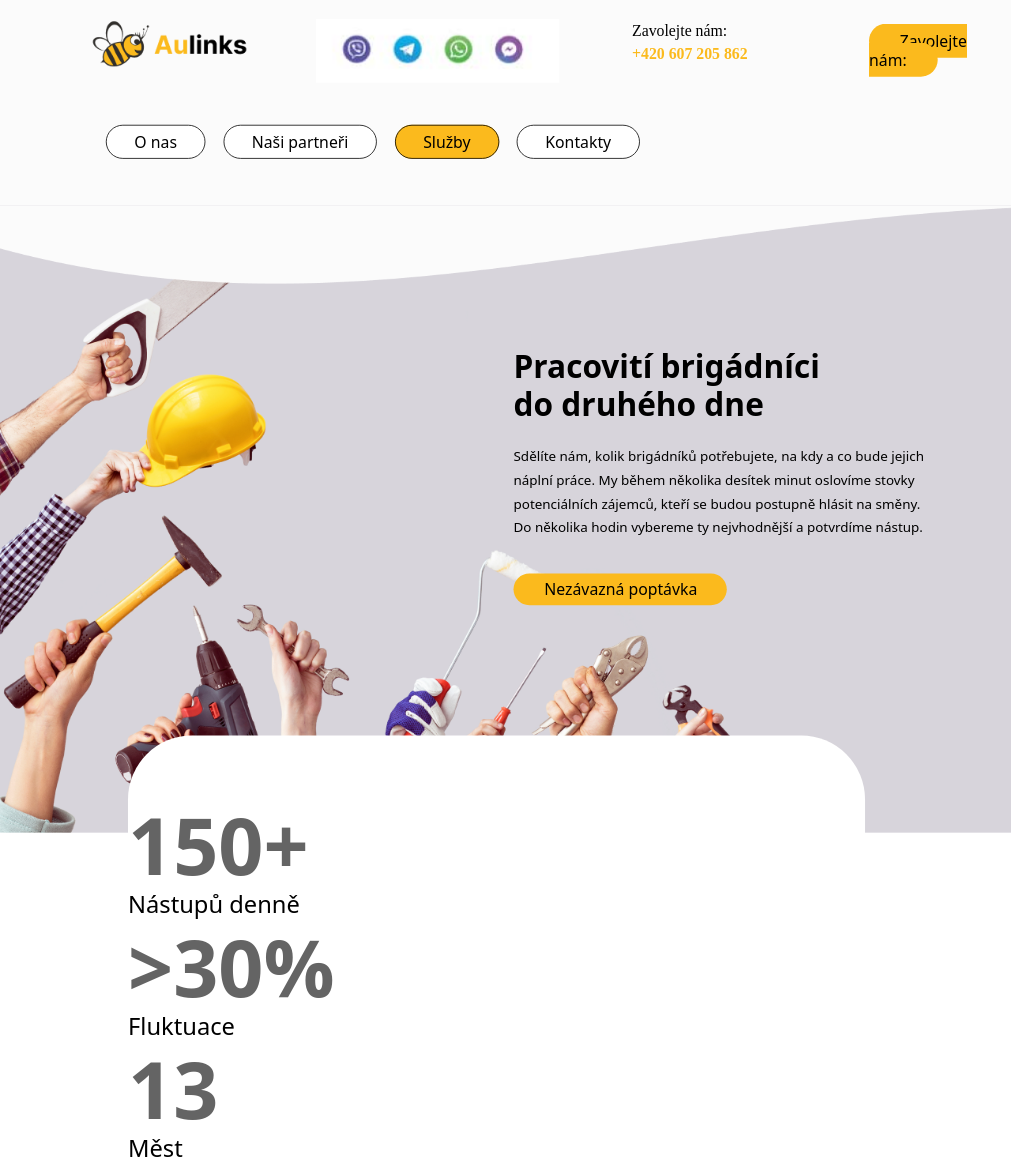
Repository: bilday08/aulinks
Page: index.html
These files come from the project's save history. The page is drawn as it stood at one moment and after the next save; the edit follows.
The browser window is 1280 px wide. The pictures show the whole page, at 79% of full size.
Some web fonts or font styles are not loaded; a fallback is used.

Above is the page before, as saved 2022-12-07 15:00:17.

After the next save:
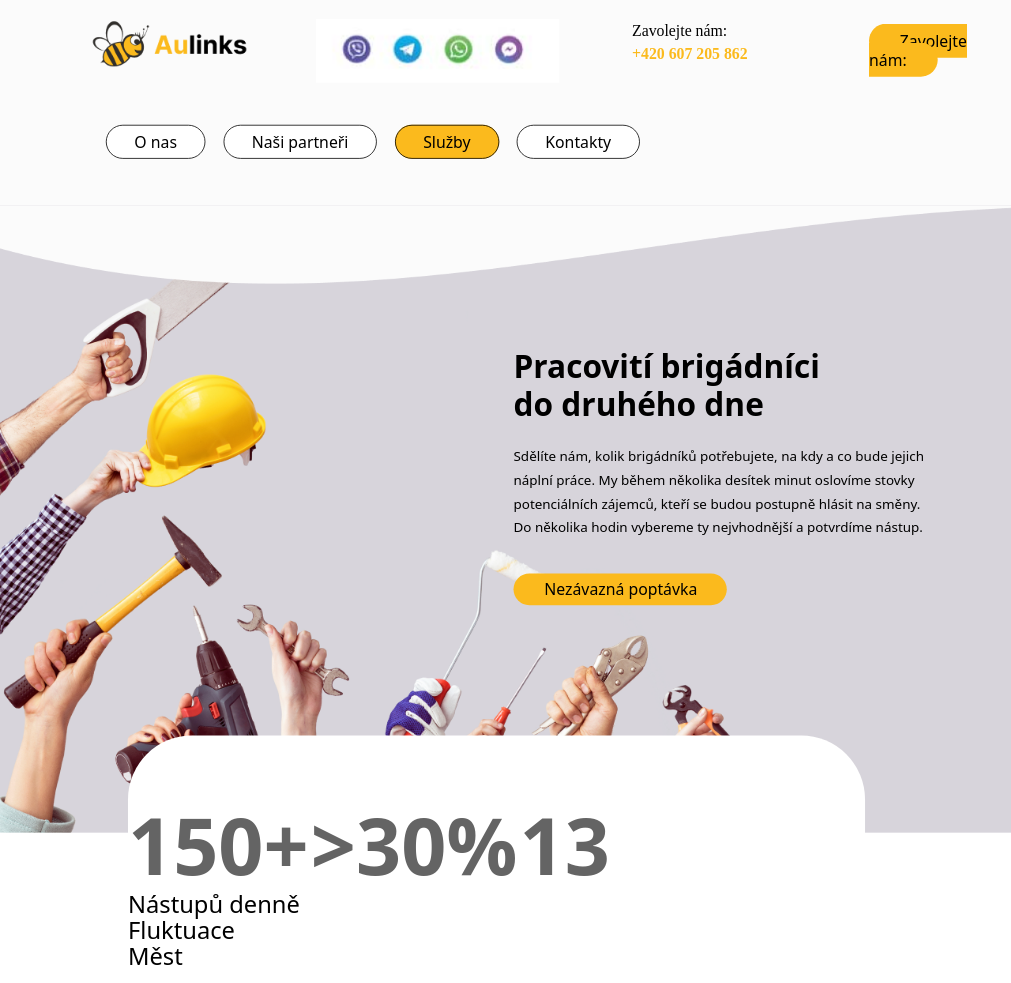
Saved 4 min 20 s later.
--- a/index.html
+++ b/index.html
@@ -76,14 +76,12 @@
                 <a href="#" class="center_button">
                     <div class="button__first">
                         <span class="button_number">150+</span>
-                        <span class="button_text">Nástupů denně</span>
+                        <span class="button_number">>30%</span>
+                        <span class="button_number">13</span>
                     </div>
                     <div class="button__second">
-                        <span class="button_number">>30%</span>
+                        <span class="button_text">Nástupů denně</span>
                         <span class="button_text">Fluktuace</span>
-                    </div>
-                    <div class="button__third">
-                        <span class="button_number">13</span>
                         <span class="button_text">Měst</span>
                     </div>
                 </a>
